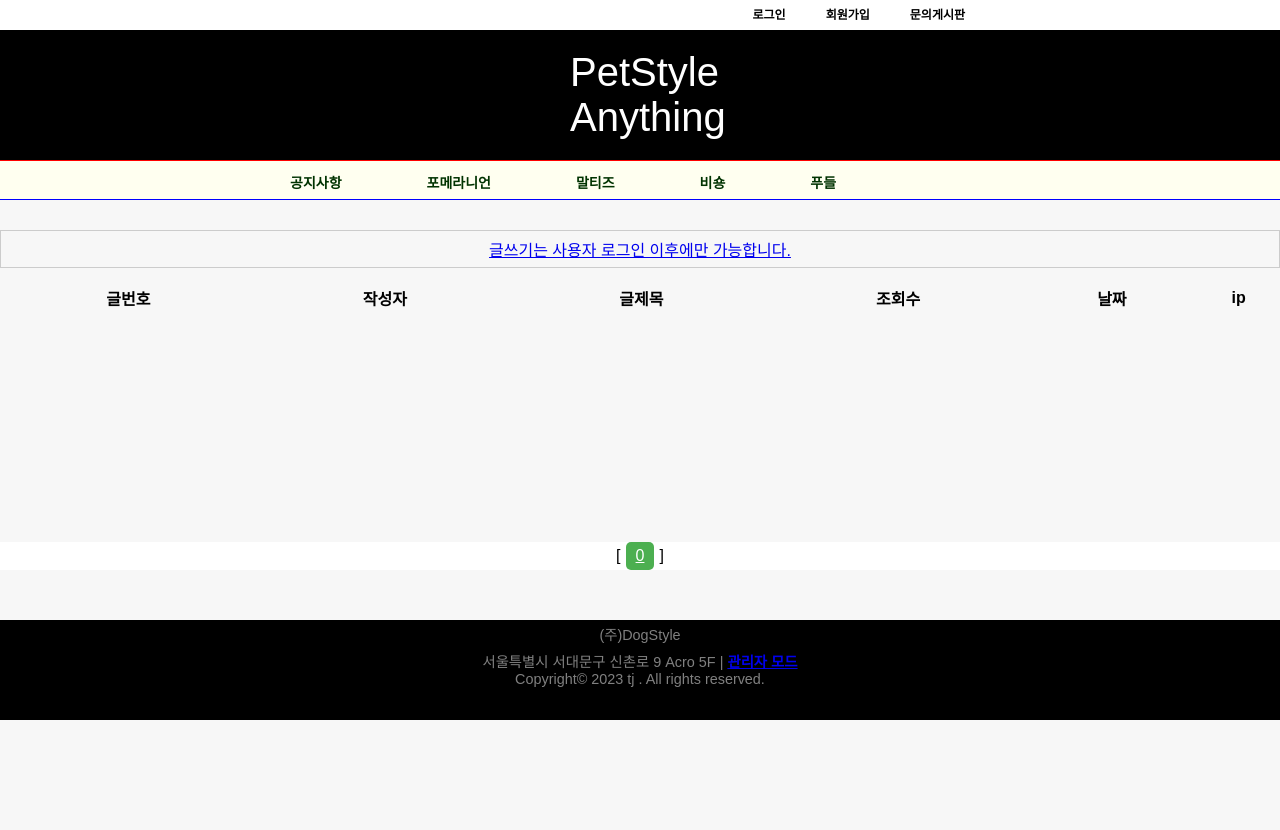
Repository: kdkk2000/Project
Page: http://localhost/petstyle/board/boardList.jsp
These files come from the project's save history. The page is drawn as it stood at one moment and after the next save; the edit follows.
The browser window is 1280 px wide. The pictures show the whole page.
The page is served by Tomcat 9. The template is opened directly, without the code that normally fills it, so the values that code supplies are empty.

Above is the page before, as saved 2023-03-28 01:44:40.

After the next save:
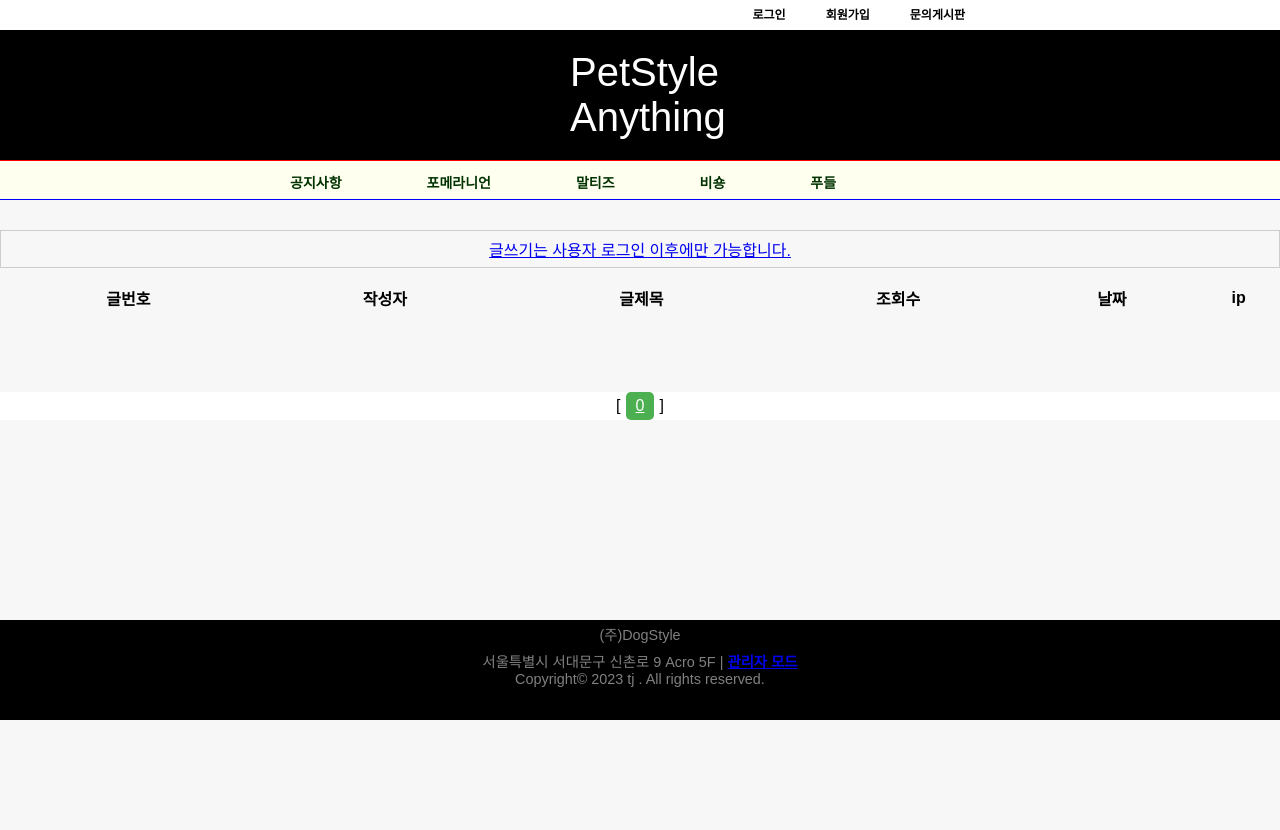
Saved 11 s later.
--- a/petstyle/WebContent/css/boardStyle.css
+++ b/petstyle/WebContent/css/boardStyle.css
@@ -72,7 +72,7 @@ table td {
   align-items: center;
   margin-top: 20px;
   position: fixed;
-  bottom: 150px;
+  bottom: 300px;
   left: 0;
   right: 0;
   background-color: #fff;
